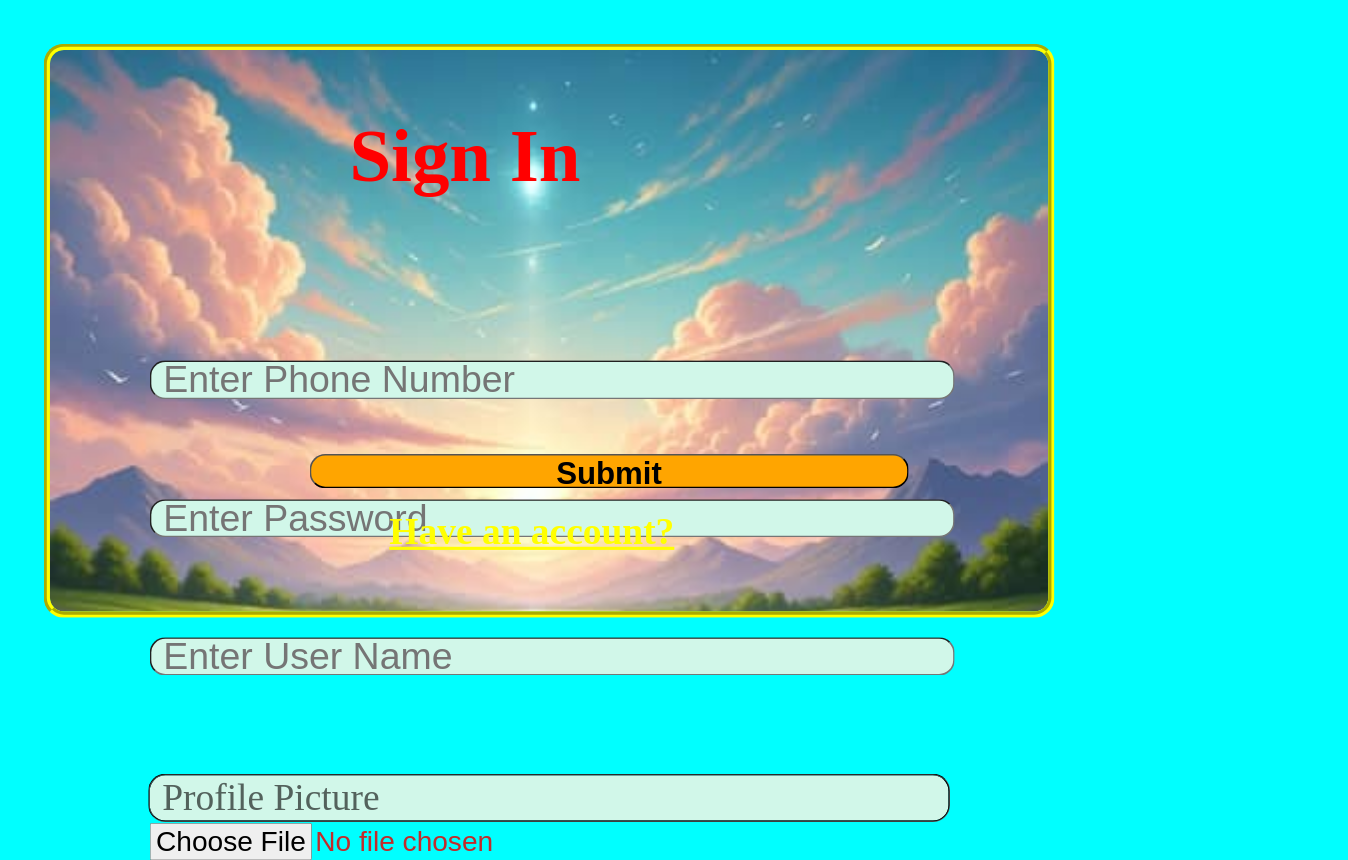
Repository: Amani-Kibet/express-app-web
Page: pages/signup/signIn.html
An editor plug-in stored every save of this project. The page is shown before and after the next save, followed by the edit.
The browser window is 1280 px wide. The page is 1728 px wide, so the pictures cover 1728 px, including what lies to the right of the window. The pictures show the whole page, at 78% of full size.

Above is the page before, as saved 2025-09-28 16:51:27.

### pages/signup/signIn.html
<!DOCTYPE html>
<head>
  <title> Login Page</title>
  <style>
  #board{
    background: url(/pictures/p1.png);
    background-size: cover;
    width: 100vw;
    height: 100vh;
    border-radius: 18px;
    outline: 8px groove yellow;
    position: absolute;
    top: 4rem;
    left: 4rem;
  }
  h2{
    color: red;
    position: relative;
    left: 30%;
    font-size: 6rem
  }
  .inputs{
    width: 80%;
    height: 6%;
    position: relative;
    left: 10%;
    margin-top: 10%;
    border-radius: 20px;
    color: blue;
    font-size: 3em;
    background-color: rgb(209, 247, 233);
  }
  #picC{
    display: flex;
    flex-direction: column;
    gap: 10%;
    height: 8%;
    outline: 2px groove black;
    color: rgb(194, 43, 43);
  }
  #picI{
    font-size: 0.75em;
  }
  #picT{
    font-size: 1em;
    opacity: 0.6;
    font-style: normal;
    position: relative;
    left: 1rem;
    color: black;
  }
  #submit{
    background: orange;
    position: absolute;
    width: 60%;
    height: 6%;
    top: 72%;
    left: 26%;
    border-radius: 20px;
    font-size: 2.5em;
    font-weight: bold;
  }
  #msg{
    background: lightblue;
    width: 70%;
    height: 50%;
    border-radius: 10px;
    position: absolute;
    bottom: 30%;
    left: 15%;
    outline: 4px groove yellow;
    display: none;
  }
  .prog{
    border-radius: 100%;
    position: absolute;
    top: 4%;
    left: 4%;
    outline: 20px groove yellow;
    font-size: 8em;
  }
  #prog2{
      transform: rotateY(90deg)
  }
  #progC{
    transform-style: preserve-3d;
    animation: spin 4s ease-in-out infinite;
  }
  #msgT{
    position: relative;
    top: 36%;
    left: 10%;
    color: blue;
    font-weight: bold;
    font-size: 4em;
    width: 80%;
    height: 20%;
  }
  #loginT{
    position: relative;
    top: 20%;
    left: 12%;
    color: rgb(255, 60, 0);
    font-weight: 500;
    font-size: 5em;
    width: 80%;
    height: 25%;
  }
  .links{
    position: absolute;
    font-weight: 800;
    font-size: 3em;
    color: yellow;
    top: 82%;
    left: 34%
  }
  @keyframes spin{
    0%{transform: rotateY(0deg) rotateX(0deg) translateX(0px)}
    50%{transform: rotateY(360deg) rotateX(60deg) translateX(50px)}
    100%{transform: rotateY(0deg) rotateX(0deg) translateX(0px)}
  }
  </style>
</head>
<body bgColor="cyan">
  <div id="board">
    <h2>Sign In</h2>
    <input type="number" class="inputs" id="phoneI" placeholder=" Enter Phone Number">
    <input type="password" class="inputs" id="passI" placeholder=" Enter Password">
    <input type="text" class="inputs" id="nameI" placeholder=" Enter User Name">
    <div id="picC" class="inputs">
      <i id="picT">Profile Picture</i>
    <input id="picI" type="file" name="image">
    </div>
  <button id="submit" onclick="f1()">Submit</button>
  <a class="links" id="link1" href="/pages/signup/logIn.html">Have an account?</a>
    <div id="msg">
      <div id="progC">
        <div id="prog1" class="prog">🔴</div>
      <div id="prog2" class="prog">🟢</div>
      </div>
      <p id="loginT">Please wait...</p>
      <h3 id="msgT">No text returned</h3>
    </div>
  </div>
</body>
<script>
  let bt1= document.getElementById("submit")
  let msgT= document.getElementById("msgT")
  let msg= document.getElementById("msg")

function f1(){
  let phoneI= document.getElementById("phoneI").value;
  let passI= document.getElementById("passI").value;
  let nameI= document.getElementById("nameI").value;
  let picI= document.getElementById("picI").files[0];

  let folder= new FormData()
  folder.append("image", picI)
  folder.append("json", JSON.stringify({phone: `${phoneI}`, pass: `${passI}`, name: `${nameI}`}))


  fetch("/path1", {
    method: "POST",
    body: folder
  })
  .then(type=> type.text())
  .then(data=> {
  msg.style.display="block";
  msgT.innerHTML=`${phoneI} ${data}`
  setTimeout(()=>{
  msg.style.display="none";
  window.location.href="/pages/signup/login.html"
}, 8000);
})

  fetch("/path2", {
    method: "POST",
    body: env
  });

}
</script>
</html>

After the next save:
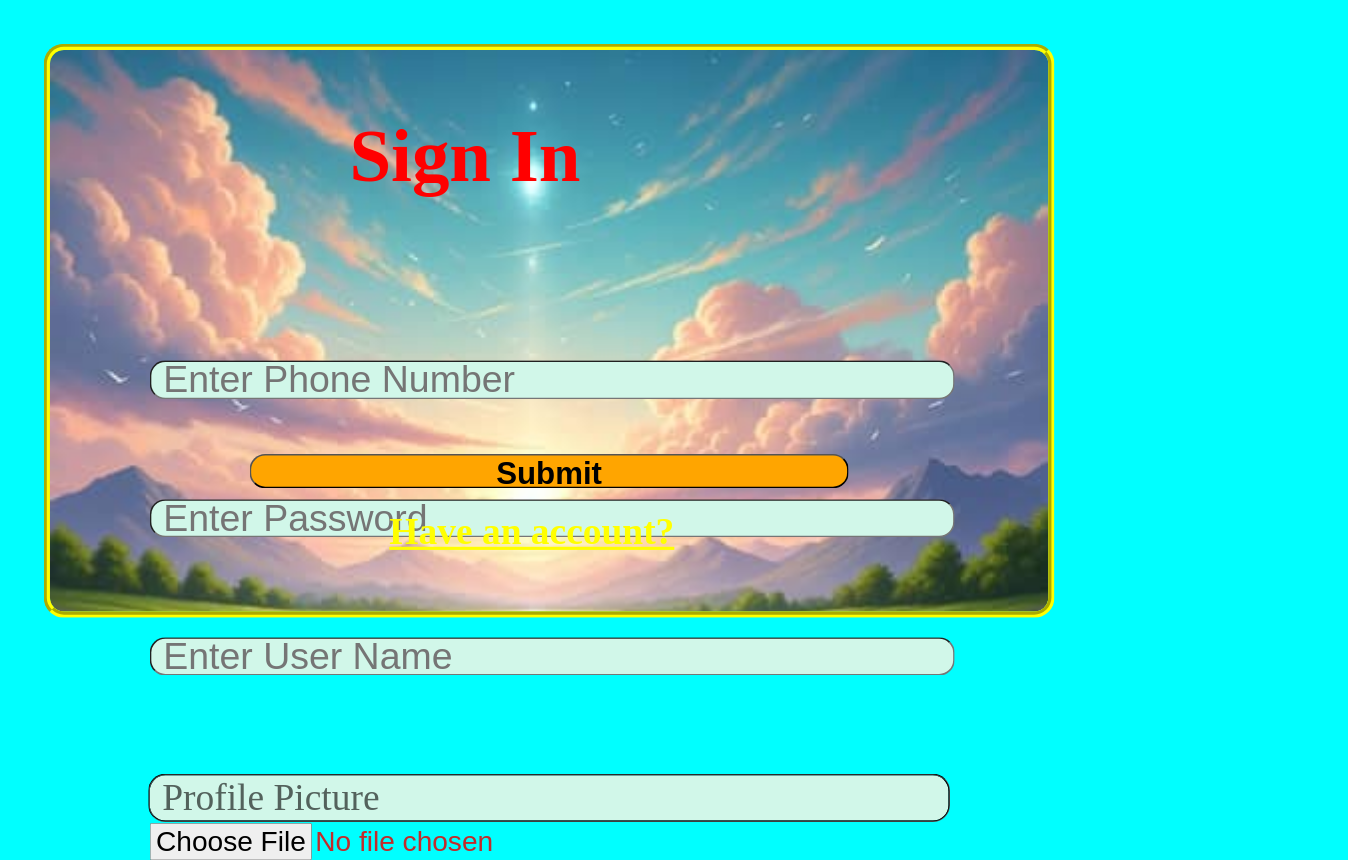
Saved 6 s later.
--- a/pages/signup/signIn.html
+++ b/pages/signup/signIn.html
@@ -55,7 +55,7 @@
     width: 60%;
     height: 6%;
     top: 72%;
-    left: 26%;
+    left: 20%;
     border-radius: 20px;
     font-size: 2.5em;
     font-weight: bold;
